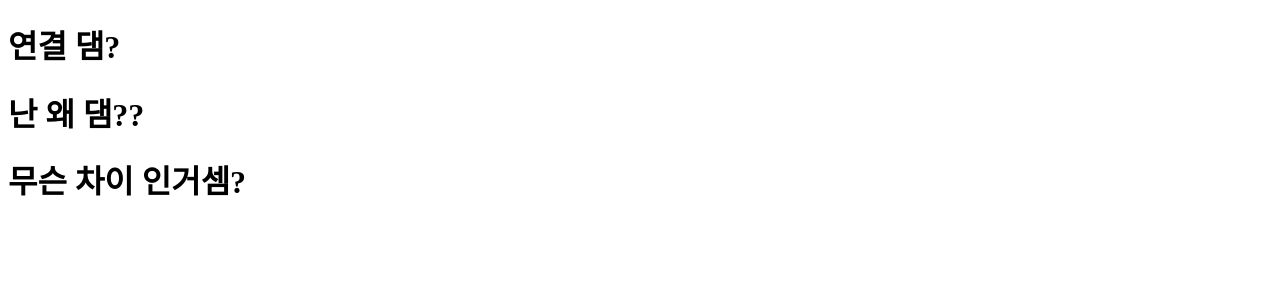
Repository: song-tata/jsp_servlet
Page: ex1_link/WebContent/link.html
These files come from the project's save history. The page is drawn as it stood at one moment and after the next save; the edit follows.
The browser window is 1280 px wide. The pictures show the whole page.

Above is the page before, as saved 2023-05-17 01:45:56.

### ex1_link/WebContent/link.html
<!DOCTYPE html>
<html>
<head>
<meta charset="EUC-KR">
<title>Insert title here</title>
</head>
<body>
	<h1>연결 댐?</h1>
	<h1>난 왜 댐??</h1>
	<h1>무슨 차이 인거셈?</h1>
</body>
</html>

After the next save:
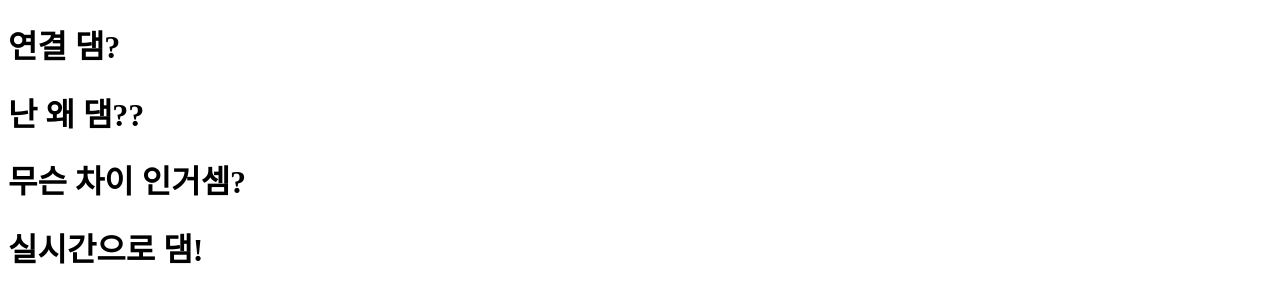
Saved 4 min 41 s later.
--- a/ex1_link/WebContent/link.html
+++ b/ex1_link/WebContent/link.html
@@ -8,5 +8,6 @@
 	<h1>연결 댐?</h1>
 	<h1>난 왜 댐??</h1>
 	<h1>무슨 차이 인거셈?</h1>
+	<h1>실시간으로 댐!</h1>
 </body>
 </html>
